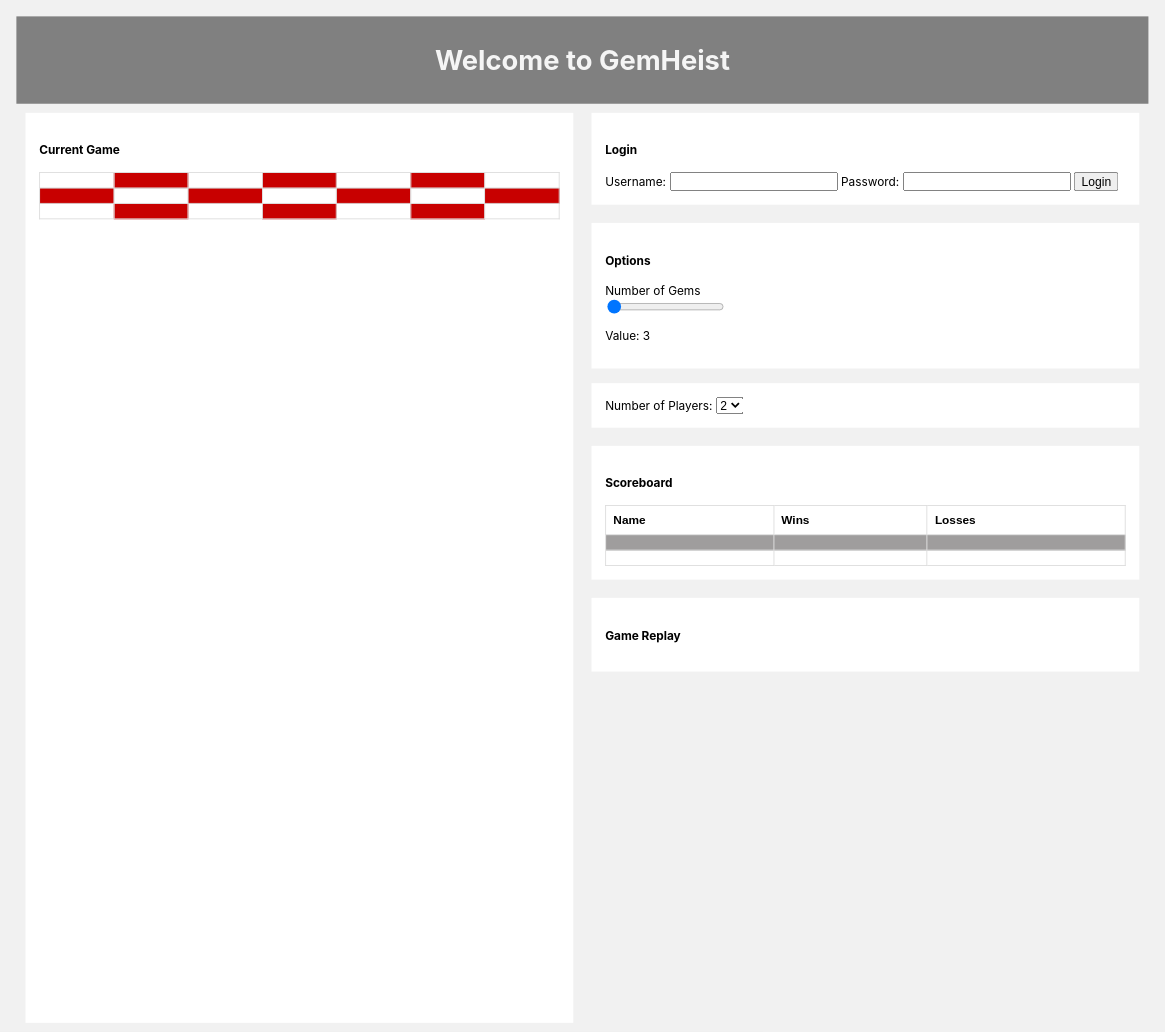
Repository: komalharjani/Gem-Heist
Page: board.html
The author's editor kept a copy of each file at every save. The page is drawn from the files as they stood at one save, then again after the next save.
The browser window is 1280 px wide. The pictures show the whole page, at 91% of full size.

Above is the page before, as saved 2020-04-05 21:17:47.

### board.html
<!DOCTYPE html>
<html>

<head>
    <link rel="stylesheet" href="style.css">
</head>

<body>
    <!--Header-->
    <div class="header">
        <h2>Welcome to GemHeist</h2>
    </div>

    <!--Current Game-->
    <div class="centercolumn">
        <div class="card" style="height:1000px">
            <h4 id="gameTitle">Current Game</h4>
            <div class="yaks" id="game">
            </div>
        </div>
    </div>
    <!--Login -->
    <div class="centercolumn" id="scoreboard">
        <div class="card">
            <h4>Login</h4>
            <div class="yaks">
                <label for="fname">Username:</label>
                <input type="text" id="fname" name="fname">
                <label for="lname">Password:</label>
                <input type="text" id="lname" name="lname">
                <input type="submit" value="Login">
            </div>
        </div>
    </div><br>
    </div>

    <!--Options -->
    <div class="rightcolumn">
        <div class="card">
            <h4>Options</h4>
            <div class="yaks">
                <div class="slidecontainer">
                    <label for="myRange">Number of Gems</label></br>
                    <input type="range" min="3" max="20" value="3" class="slider" id="myRange">
                    <p>Value: <span id="demo"></span></p>
                </div>
            </div>
                <script>
                    var slider = document.getElementById("myRange");
                    var output = document.getElementById("demo");
                    output.innerHTML = slider.value;
                    document.getElementById("myRange").step = "3";
                    slider.oninput = function () {
                        output.innerHTML = this.value;
                    }
                </script>
            </div></br>
            <div class="card">
                <div class="yaks">
                    <label for="noPlayers">Number of Players:</label>
                    <select id="noPlayers">
                        <option value="2">2</option>
                        <option value="3">3</option>
                        <option value="4">4</option>
                        <option value="5">5</option>
                    </select>
                </div>
            </div>
    </div><br>
    </div>

    <!--Scoreboard - change to dynamic -->
    <div class="rightcolumn">
        <div class="card">
            <h4>Scoreboard</h4>
            <div class="yaks" id="scoreboard">
                <table>
                    <tr>
                        <th>Name</th>
                        <th>Wins</th>
                        <th>Losses</th>
                    </tr>
                    <tr>
                        <td> </td>
                        <td> </td>
                        <td> </td>
                    </tr>
                    <tr>
                        <td> </td>
                        <td> </td>
                        <td> </td>
                    </tr>
                </table>

            </div>
        </div>
    </div><br>
    </div>

    <!--Scoreboard -->
    <div class="rightcolumn">
        <div class="card">
            <h4>Game Replay</h4>
            <div class="yaks">
                <!--Content Here-->
            </div>
        </div>
    </div><br>
    </div>



    <!--JAVASCRIPT -->
    <script src="model_Board.js"></script>
</body>

</html>

### style.css
* {
    box-sizing: border-box;
  }

  /* Add a gray background color with some padding */
  body {
    font-family: -apple-system, BlinkMacSystemFont, 'Segoe UI', Roboto, Oxygen, Ubuntu, Cantarell, 'Open Sans', 'Helvetica Neue', sans-serif;
    padding: 10px;
    background: #f1f1f1;
    font-size: 13px;
  }
  table {
    font-family: arial, sans-serif;
    border-collapse: collapse;
    width: 100%;
  }

  td, th {
    border: 1px solid #dddddd;
    text-align: left;
    padding: 8px;
  }

  tr:nth-child(even) {
    background-color: #dddddd;
  }
  /* Header Title */
  .header {
    padding: 5px;
    font-size: 20px;
    text-align: center;
    background: grey;
    color: whitesmoke;
  }

  .login {
    width:300px;
    height:150px;
    position: fixed;
    top: 50%;
    left: 50%;
    margin-top: -125px;
    margin-left: -150px;
  }


  /* Alerts and Gems */

  .gem {
    background-color: white;
    justify-content: center;
  }

  .gem:hover {
    background-color: rgb(240, 240, 240);
  }

  .alarm {
    background-color: rgb(200, 0, 0);
  }

  .white {
    background-color: white;
  }

  .empty {
    background-color: white;
  }

  .alarm:hover {
    background-color: rgb(136, 0, 0);
  }

  /* Split Screen into Columns */

  .rightcolumn {
    float: right;
    width: 50%;
    padding: 10px;
  }

  .centercolumn {
    float: left;
    width: 50%;
    padding: 10px;
  }

  .box {
    background-color: whitesmoke;
    width: 100%;
    padding: 15px;
  }

  .voteFilter {
    background-color: black;
    width: 100%;
    padding: 15px;
  }

  .card {
     background-color: white;
     padding: 15px;
  }

  .row:after {
    content: "";
    display: table;
    clear: both;
  }

  /* Footer */
  .footer {
    padding: 20px;
    text-align: center;
    background: #ddd;
    margin-top: 20px;
  }

  /* Responsive layout - when the screen is less than 800px wide, make the two columns stack on top of each other instead of next to each other */
  @media screen and (max-width: 800px) {
    .leftcolumn, .rightcolumn {
      width: 100%;
      padding: 0;
    }
  }

  tr:nth-child(even) {
    background-color: #3b37377c;
  }

### model_Board.js
/**
 * Variables
 */
const width = 7;
var gemChar = '&#128142';
var noGems = document.getElementById("myRange").value;
height = (2 / 3 * noGems) + 1;

/**
 * Declare Arrays for Drawing Board...
 */
var arr = [];
for (var i=0;i<height;i++) {
   arr[i] = [];
}
console.log(arr);

/**
 * Function to Draw Board
 */
function drawBoard() {
    var table = document.createElement("table");
    for (var i = 0; i < height; i++) { //loop through height
        var row = document.createElement('tr'); //create rows for each height
        for (var j = 0; j < width; j++) { //loop through width
            var cell = document.createElement('td'); //create columns for each width
            arr[i].push(cell);
            if (j % 2 && i % 2) { //identify gem cells
            //cell.innerHTML = gemChar;
                cell.className = "gem";
                console.log(arr[i][j]);
            }
            else if (j % 2 || i % 2) { //identify alarm cells
                 cell.className = "alarm";
            }
            row.appendChild(cell);
        }
        table.appendChild(row);
    }
    document.body.appendChild(table);

    //display in this div
    let divContainer = document.getElementById("game");
    divContainer.innerHTML = "";
    divContainer.appendChild(table);
}
drawBoard();

// function captureAlarm() {
//     if (currentState.className == "alarm") {
//         cell.addEventListener('click', function(event){
//             this.className = "white";
//             //replay.enqueue(this);
//     })
// }
// }


//Array for Players

//Queue replay

//for logic implmeentation
//seccond array? - to know which gems to check on
//gems array - to determine score and winner -- one for each player -- consider multiple players to determine winner
//how to pass html objects as a JSON ????

// drawTable = function(currentState) {
//         var table = document.createElement('table');
//         for (var i = 0; i < currentState.length; i++) {
//             var row = document.createElement('tr');
//             for (var j = 0; j < currentState[i].length; j++) {
//                 var cell = document.createElement('td');
//                 cell.textContent = currentState[i][j];
//                 row.appendChild(cell);
//             }
//             table.appendChild(row);
//         }
//         return table;
//     }
//     let divContainer = document.getElementById("game");
//     divContainer.innerHTML = "";
//     divContainer.appendChild(table);
//     drawTable();

After the next save:
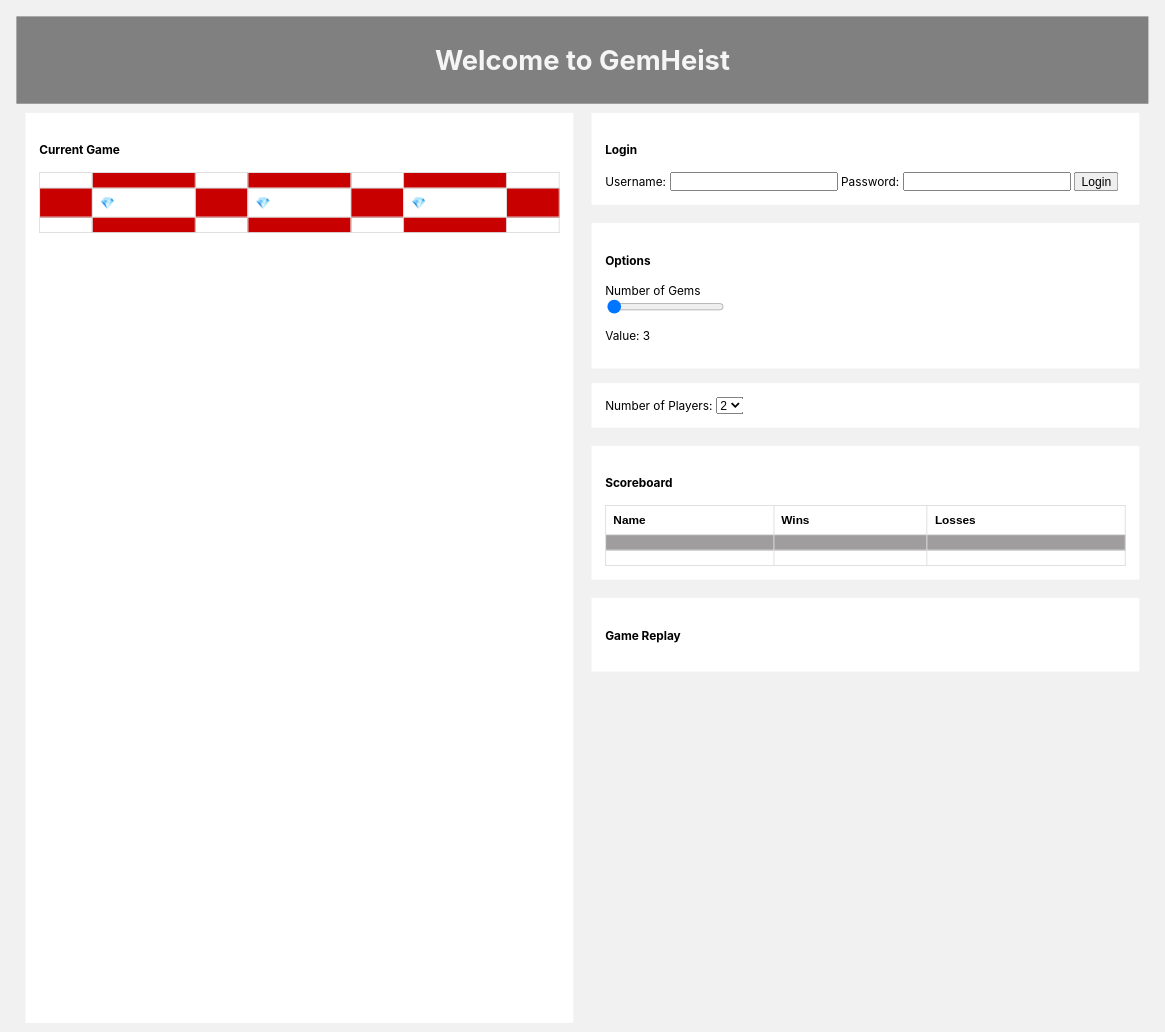
Saved 10 s later.
--- a/model_Board.js
+++ b/model_Board.js
@@ -10,8 +10,8 @@ height = (2 / 3 * noGems) + 1;
  * Declare Arrays for Drawing Board...
  */
 var arr = [];
-for (var i=0;i<height;i++) {
-   arr[i] = [];
+for (var i = 0; i < height; i++) {
+    arr[i] = [];
 }
 console.log(arr);
 
@@ -26,12 +26,12 @@ function drawBoard() {
             var cell = document.createElement('td'); //create columns for each width
             arr[i].push(cell);
             if (j % 2 && i % 2) { //identify gem cells
-            //cell.innerHTML = gemChar;
+                cell.innerHTML = gemChar;
                 cell.className = "gem";
                 console.log(arr[i][j]);
             }
             else if (j % 2 || i % 2) { //identify alarm cells
-                 cell.className = "alarm";
+                cell.className = "alarm";
             }
             row.appendChild(cell);
         }
